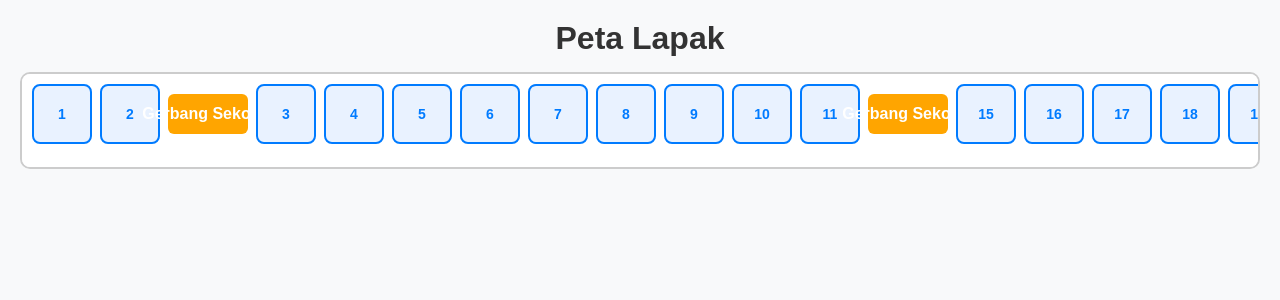
Repository: pasarrakyatbak/denah
Page: index.html
The author's editor kept a copy of each file at every save. The page is drawn from the files as they stood at one save, then again after the next save.
The browser window is 1280 px wide. The pictures show the whole page.

Above is the page before, as saved 2025-09-19 08:00:45.

After the next save:
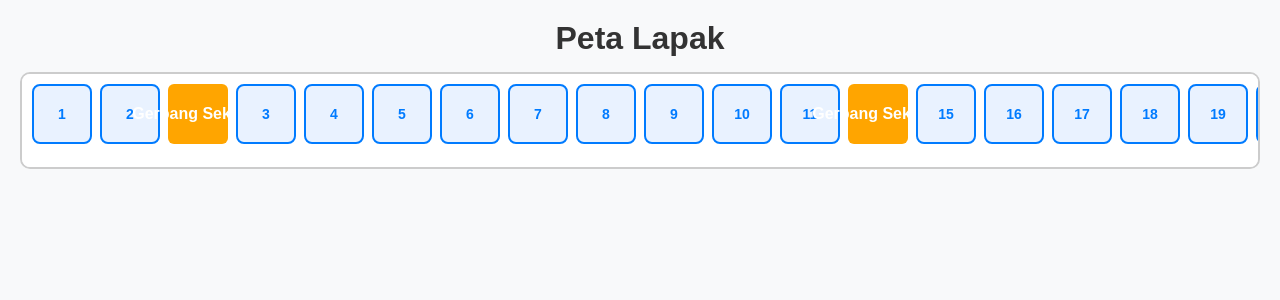
Saved 26 s later.
--- a/style.css
+++ b/style.css
@@ -74,20 +74,17 @@ h1 {
 }
 
 .jalan-gerbang {
-    width: 80px;
-    height: 40px;
+    width: 60px;
+    height: 60px;
     background: orange;
     color: white;
     font-weight: bold;
     display: flex;
     align-items: center;
     justify-content: center;
-    margin: 10px auto;
     border-radius: 6px;
     writing-mode: horizontal-tb;
-    /* tulisan normal */
 }
-
 /* Responsif tablet */
 @media (max-width: 1024px) {
     .lapak {
